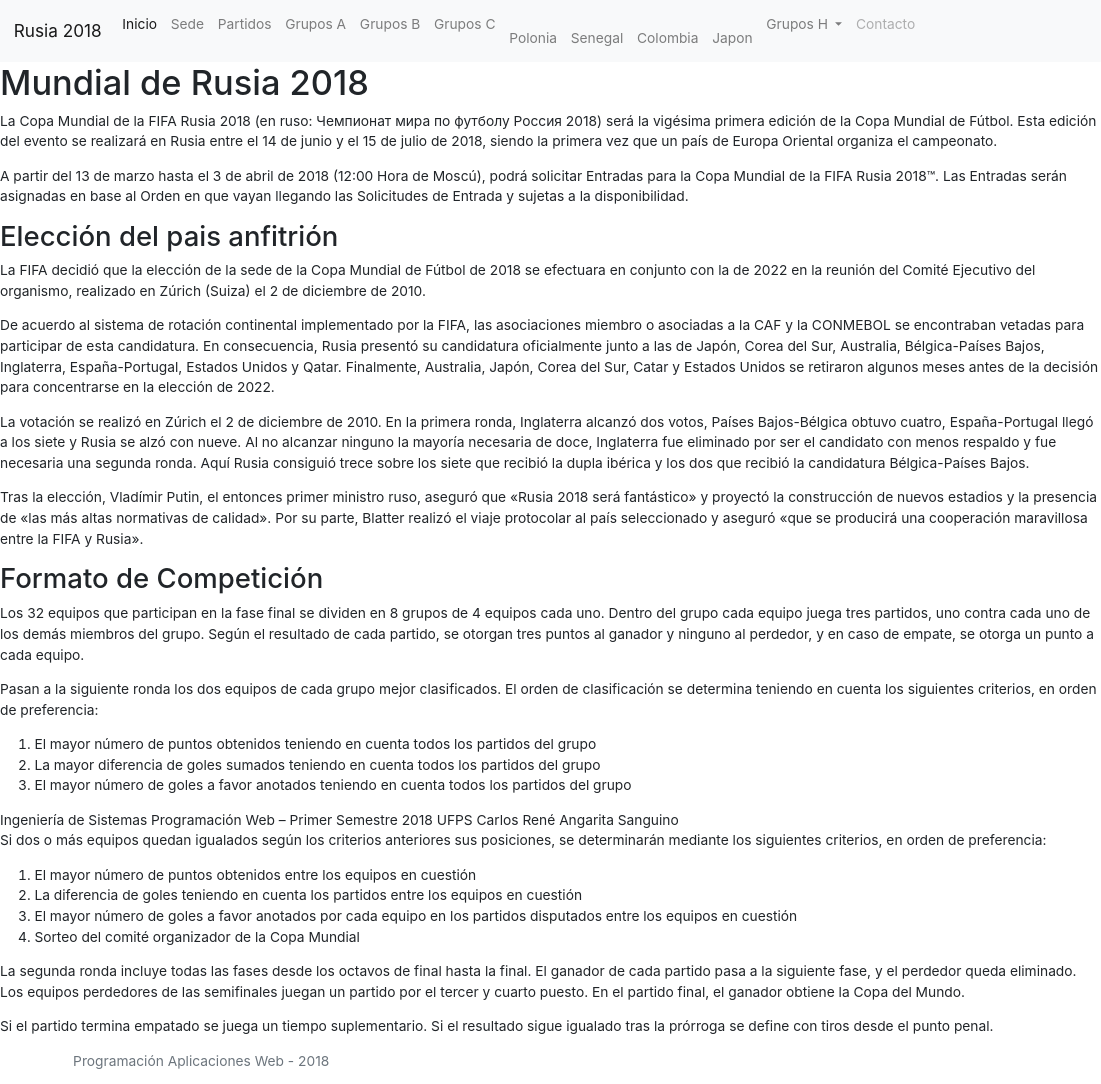
Repository: AndreyRi13/PracticaBootstrap
Page: index.html
These files come from the project's save history. The page is drawn as it stood at one moment and after the next save; the edit follows.
The browser window is 1280 px wide. The pictures show the whole page, at 86% of full size.

Above is the page before, as saved 2020-09-24 16:39:32.
Console error (its wording comes from the project's code and is left out).

After the next save:
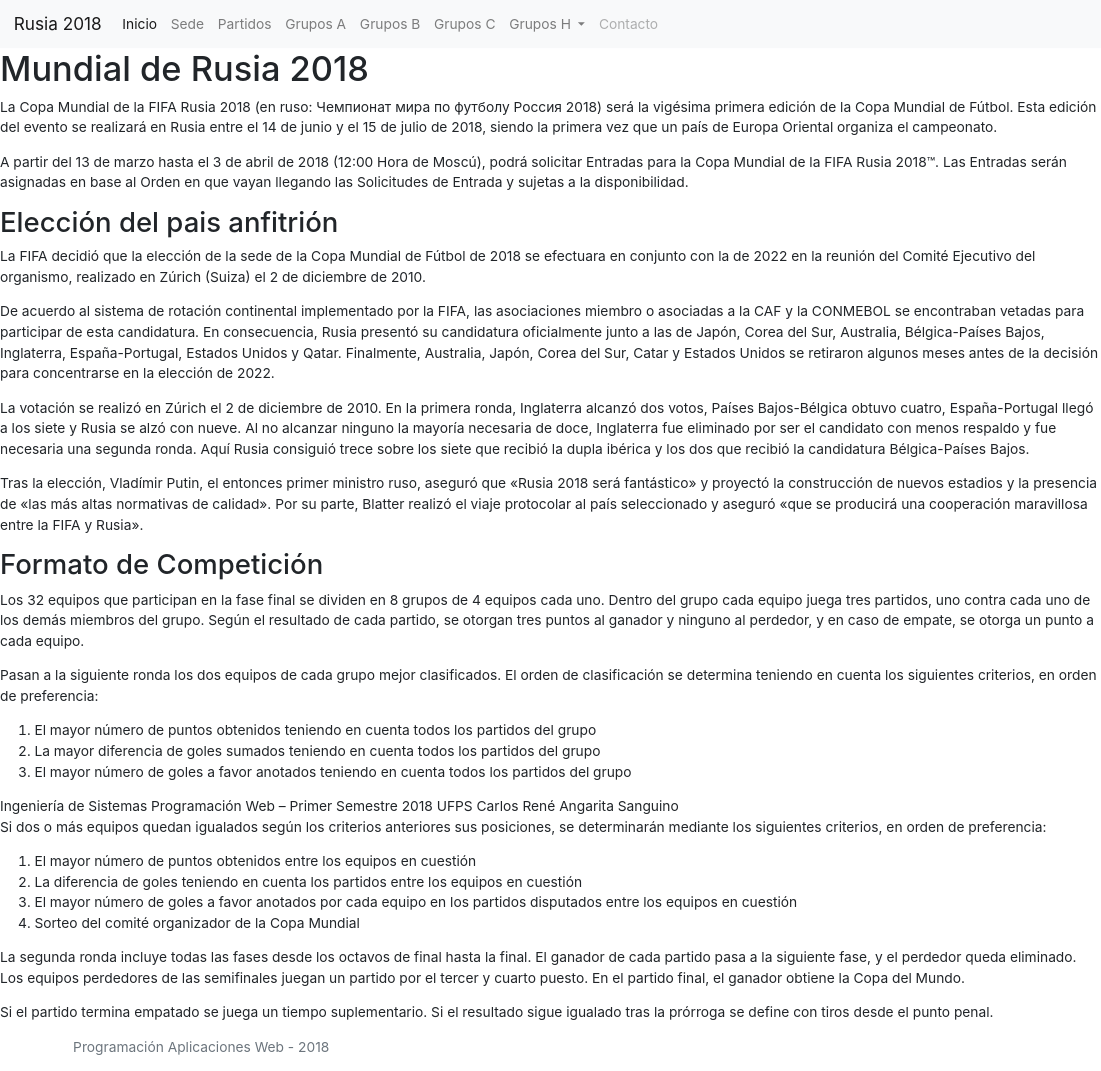
Saved 15 s later.
--- a/index.html
+++ b/index.html
@@ -34,16 +34,6 @@
             <li class="nav-item"><a class="nav-link" href="#">Grupos A</a></li>
             <li class="nav-item"><a class="nav-link" href="#">Grupos B</a></li>
             <li class="nav-item"><a class="nav-link" href="#">Grupos C</a></li>
-            <li class="nav-item"><a class="nav-link" href="#" class=""></a>
-
-                <ul class="navbar-nav">
-                    <li class="nav-item"><a class="nav-link" href="#">Polonia</a></li>
-                    <li class="nav-item"><a class="nav-link" href="#">Senegal</a></li>
-                    <li class="nav-item"><a class="nav-link" href="#">Colombia</a></li>
-                    <li class="nav-item"><a class="nav-link" href="#">Japon</a></li>
-
-                </ul>
-
 
                 <li class="nav-item dropdown">
                     <a class="nav-link dropdown-toggle" href="#" id="navbarDropdownMenuLink" role="button" data-toggle="dropdown" aria-haspopup="true" aria-expanded="false">
